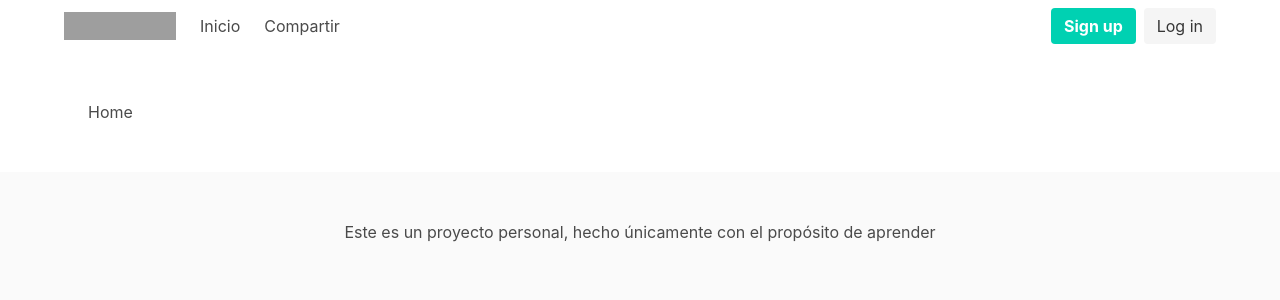
Repository: bombiux/app-sismo
Page: index.html
These files come from the project's save history. The page is drawn as it stood at one moment and after a run of saves; the edit follows.
The browser window is 1280 px wide. The pictures show the whole page.
Pictures or frames that could not be fetched are drawn as grey boxes. Some web libraries are served in a nearby version.

Above is the page before, as saved 2020-03-24 00:49:18.

### index.html
<!DOCTYPE html>
<html>

<head>
    <meta charset="utf-8">
    <meta name="viewport" content="width=device-width, initial-scale=1">
    <title>APP DE SISMOS</title>
    <link rel="stylesheet" href="https://cdnjs.cloudflare.com/ajax/libs/bulma/0.7.1/css/bulma.min.css">
    <script defer src="https://use.fontawesome.com/releases/v5.1.0/js/all.js"></script>
    <script src="/jquery.js"></script>
    <script type="module" src="/app.js"></script>
</head>

<body>
    <div id="header_container"></div>

    <div id="page_container" class="container pageEntry" >
        <article> Loading....</article>
    </div>

    <div id="footer_container"></div>
</body>

</html>

### app.js
"use strict";

import Home         from './views/pages/Home.js'
import Error404     from './views/pages/Error404.js'
import PostShow     from './views/pages/PostShow.js'

import Navbar       from './views/components/Navbar.js'
import Bottombar    from './views/components/Bottombar.js'

import Utils        from './services/Utils.js'

const routes = {
    '/'             : Home
    , '/p/:id'      : PostShow
};


const router = async () => {

    const header = null || document.getElementById('header_container');
    const content = null || document.getElementById('page_container');
    const footer = null || document.getElementById('footer_container');

    header.innerHTML = await Navbar.render();
    await Navbar.after_render();
    footer.innerHTML = await Bottombar.render();
    await Bottombar.after_render();

    let request = Utils.parseRequestURL()

    let parsedURL = (request.resource ? '/' + request.resource : '/') + (request.id ? '/:id' : '') + (request.verb ? '/' + request.verb : '')

    let page = routes[parsedURL] ? routes[parsedURL] : Error404
    content.innerHTML = await page.render();
    await page.after_render();

}

window.addEventListener('hashchange', router);

window.addEventListener('load', router);

### views/pages/Home.js
$.ajaxSetup({

    scriptCharset: "utf-8",

    contentType: "application/json; charset=utf-8"

});

let myObj = [];

$.getJSON('http://whateverorigin.org/get?url=' + encodeURIComponent('https://webserver2.ineter.gob.ni/geofisica/sis/events/sismos.php') + '&callback=?',

    function(data) {

        data = data.contents;

        data = $('pre', data);

        let count = 0;

        for (let el of data) {
            if (el.innerText.slice(-9) == 'Nicaragua') {

                el = el.innerText.split(' ');

                el = el.filter(function (el) {
                    return el != '';
                })

                let tempObj = {};

                tempObj.id = count;
                count++;

                tempObj.fecha = el[0] + ' ' + el[1];

                tempObj.coord = el[2] + ' ' + el[3];

                tempObj.prof = el[4];

                tempObj.magn = el[5];

                tempObj.dir = el.slice(7, el.length).join(' ');

                myObj.push(tempObj);

            }
        }

    });

let Home = {
    render : async () => {
        let view =  `
            <section class="section">
                <h1> Home </h1>
                <ul>
                    ${ myObj.map(post =>
                        `<li><a href="#/p/${post.id}">${post.dir}</a></li>`
                        ).join('\n ')
                    }
                </ul>
            </section>
        `
        return view
    }
    , after_render: async () => {
    }

}

export default Home;

### views/pages/Error404.js
let Error404 = {

    render : async () => {
        let view =  /*html*/`
            <section class="section">
                <h1> 404 Error </h1>
            </section>
        `
        return view
    }
    , after_render: async () => {
    }
}
export default Error404;

### views/pages/PostShow.js
import Utils        from './../../services/Utils.js'

let getPost = async (id) => {
    const options = {
       method: 'GET',
       headers: {
           'Content-Type': 'application/json'
       }
   };
   try {
       const response = await fetch(`https://5bb634f6695f8d001496c082.mockapi.io/api/posts/` + id, options)
       const json = await response.json();
       // console.log(json)
       return json
   } catch (err) {
       console.log('Error getting documents', err)
   }
}

let PostShow = {

    render : async () => {
        let request = Utils.parseRequestURL()
        let post = await getPost(request.id)

        return /*html*/`
            <section class="section">
                <h1> Post Id : ${post.id}</h1>
                <p> Post Title : ${post.fecha} </p>
                <p> Post Content : ${post.content} </p>
                <p> Post Author : ${post.name} </p>
            </section>
        `
    }
    , after_render: async () => {
    }
}

export default PostShow;

### views/components/Navbar.js
let Navbar = {
    render: async () => {
        let view =  /*html*/`
             <nav class="navbar" role="navigation" aria-label="main navigation">
                <div class="container">
                    <div class="navbar-brand">
                        <a class="navbar-item" href="/#/">
                            <img src="https://bulma.io/images/bulma-logo.png" width="112" height="28">
                        </a>

                        <a role="button" class="navbar-burger burger" aria-label="menu" aria-expanded="false" data-target="navbarBasicExample">
                            <span aria-hidden="true"></span>
                            <span aria-hidden="true"></span>
                            <span aria-hidden="true"></span>
                        </a>
                    </div>

                    <div id="navbarBasicExample" class="navbar-menu is-active" aria-expanded="false">
                        <div class="navbar-start">
                            <a class="navbar-item" href="/#/">
                                Inicio
                            </a>
                            <a class="navbar-item" href="/#/secret">
                                Compartir
                            </a>
                        </div>
                        <div class="navbar-end">
                            <div class="navbar-item">
                                <div class="buttons">
                                    <a class="button is-primary" href="/#/register">
                                        <strong>Sign up</strong>
                                    </a>
                                    <a class="button is-light">
                                        Log in
                                    </a>
                                </div>
                            </div>
                        </div>
                    </div>
                </div>
            </nav>
        `
        return view
    },
    after_render: async () => { }

}

export default Navbar;

### views/components/Bottombar.js
let Bottombar = {
    render: async () => {
        let view = `
        <footer class="footer">
            <div class="content has-text-centered">
                <p>
                    Este es un proyecto personal, hecho únicamente con el propósito de aprender
                </p>
            </div>
        </footer>
        `
        return view
    },
    after_render: async () => { }

}

export default Bottombar;

### services/Utils.js
const Utils = {

    parseRequestURL : () => {

        let url = location.hash.slice(1).toLowerCase() || '/';
        let r = url.split("/")
        let request = {
            resource    : null,
            id          : null,
            verb        : null
        }
        request.resource    = r[1]
        request.id          = r[2]
        request.verb        = r[3]

        return request
    }

    , sleep: (ms) => {
        return new Promise(resolve => setTimeout(resolve, ms));
    }
}

export default Utils;

Loaded but not shown: libs/jquery.js (library)

After the next 2 saves:
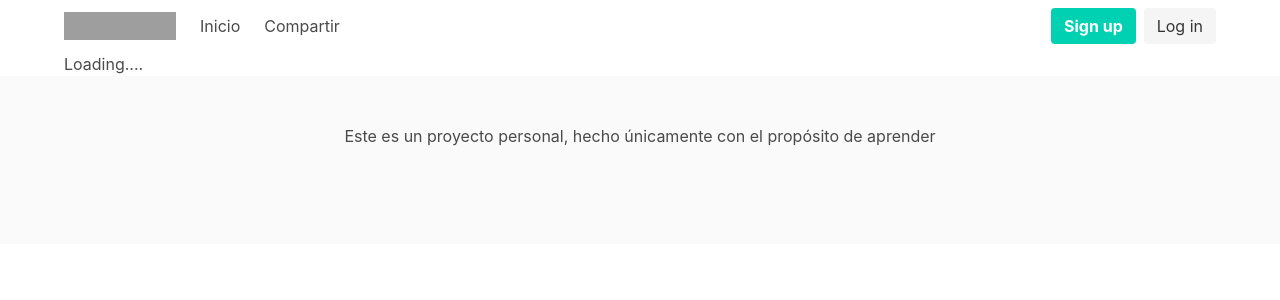
Console error: ReferenceError: myObj is not defined
The 2 saves are shown as one change because they came seconds apart.
The last was saved 26 s later.
--- a/views/pages/Home.js
+++ b/views/pages/Home.js
@@ -1,54 +1,3 @@
-$.ajaxSetup({
-
-    scriptCharset: "utf-8",
-
-    contentType: "application/json; charset=utf-8"
-
-});
-
-let myObj = [];
-
-$.getJSON('http://whateverorigin.org/get?url=' + encodeURIComponent('https://webserver2.ineter.gob.ni/geofisica/sis/events/sismos.php') + '&callback=?',
-
-    function(data) {
-
-        data = data.contents;
-
-        data = $('pre', data);
-
-        let count = 0;
-
-        for (let el of data) {
-            if (el.innerText.slice(-9) == 'Nicaragua') {
-
-                el = el.innerText.split(' ');
-
-                el = el.filter(function (el) {
-                    return el != '';
-                })
-
-                let tempObj = {};
-
-                tempObj.id = count;
-                count++;
-
-                tempObj.fecha = el[0] + ' ' + el[1];
-
-                tempObj.coord = el[2] + ' ' + el[3];
-
-                tempObj.prof = el[4];
-
-                tempObj.magn = el[5];
-
-                tempObj.dir = el.slice(7, el.length).join(' ');
-
-                myObj.push(tempObj);
-
-            }
-        }
-
-    });
-
 let Home = {
     render : async () => {
         let view =  `
